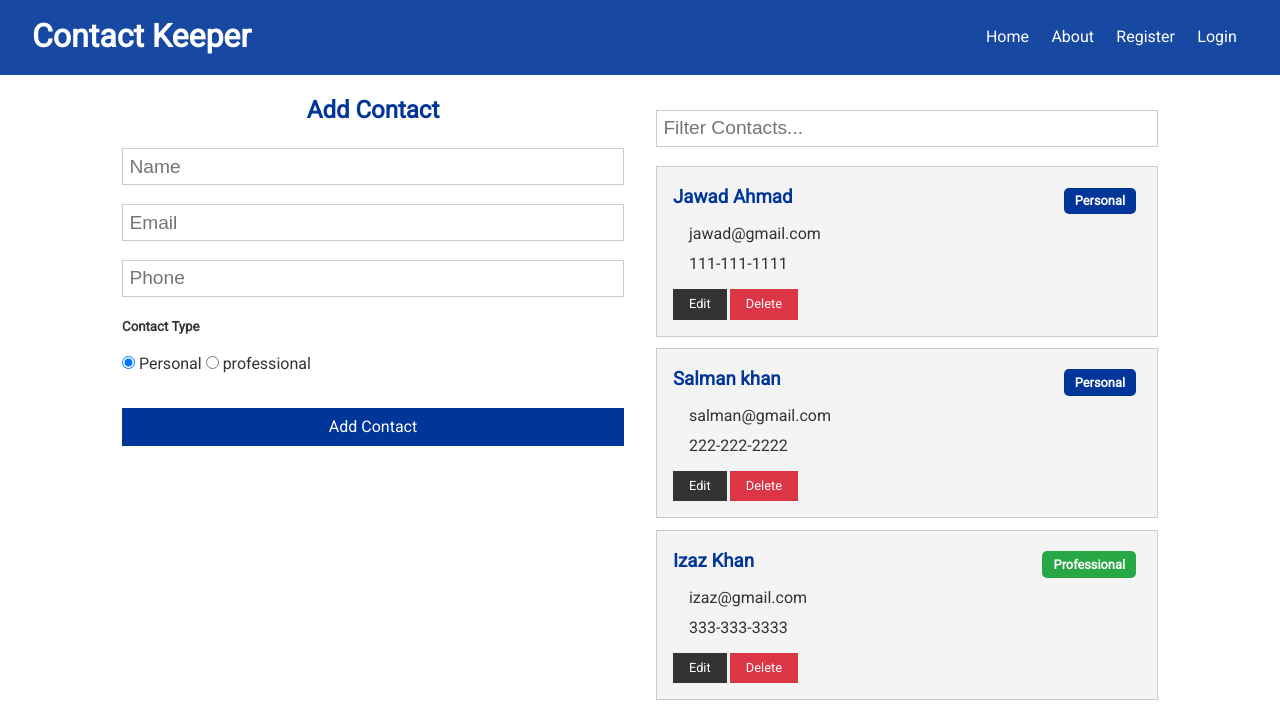
Repository: Izzazkhan/ContactStorage
Page: / (app in client/)
An editor plug-in stored every save of this project. The page is shown before and after the next save, followed by the edit.
The browser window is 1280 px wide. The pictures show the whole page.
The project was rebuilt for these pictures with package versions that can differ from the ones it lists, and the page was loaded fresh each time. A package was used in the major version that the imports need, not the one package.json lists. Also part of the build but not shown: client/src/components/pages/About.js, client/src/components/auth/Register.js, client/src/components/auth/Login.js, client/src/components/layout/Alerts.js.

Above is the page before, as saved 2020-01-25 12:25:47.

After the next save:
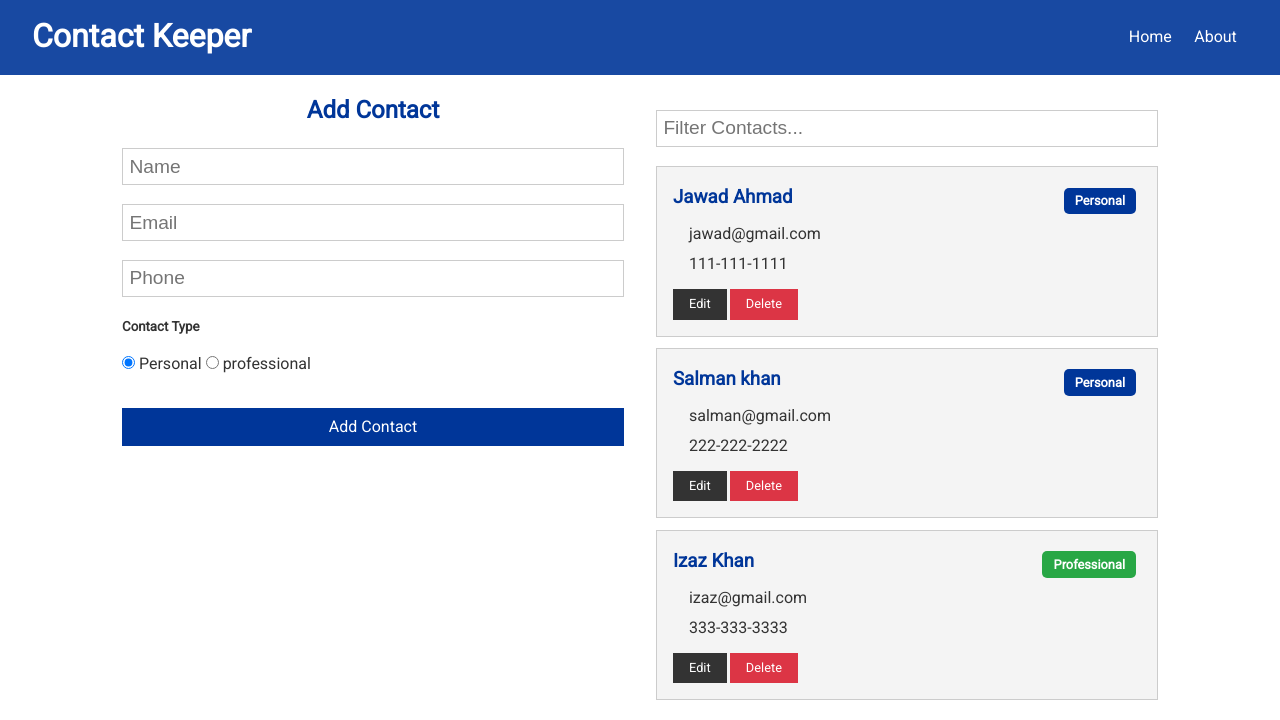
Saved 113 s later.
--- a/client/src/components/layout/Navbar.js
+++ b/client/src/components/layout/Navbar.js
@@ -18,6 +18,18 @@ const Navbar = ({ title, icon }) => {
             </li>
         </Fragment>
     )
+
+    const guestLinks = (
+        <Fragment>
+            <li>
+                    <Link to='/register'>Register</Link>
+                </li>
+                <li>
+                    <Link to='/login'>Login</Link>
+                </li>
+        </Fragment>
+    )
+
     return (
         <div className="navbar bg-primary">
             <h1>
@@ -29,12 +41,6 @@ const Navbar = ({ title, icon }) => {
                 </li>
                 <li>
                     <Link to='/about'>About</Link>
-                </li>
-                <li>
-                    <Link to='/register'>Register</Link>
-                </li>
-                <li>
-                    <Link to='/login'>Login</Link>
                 </li>
             </ul>
         </div>
